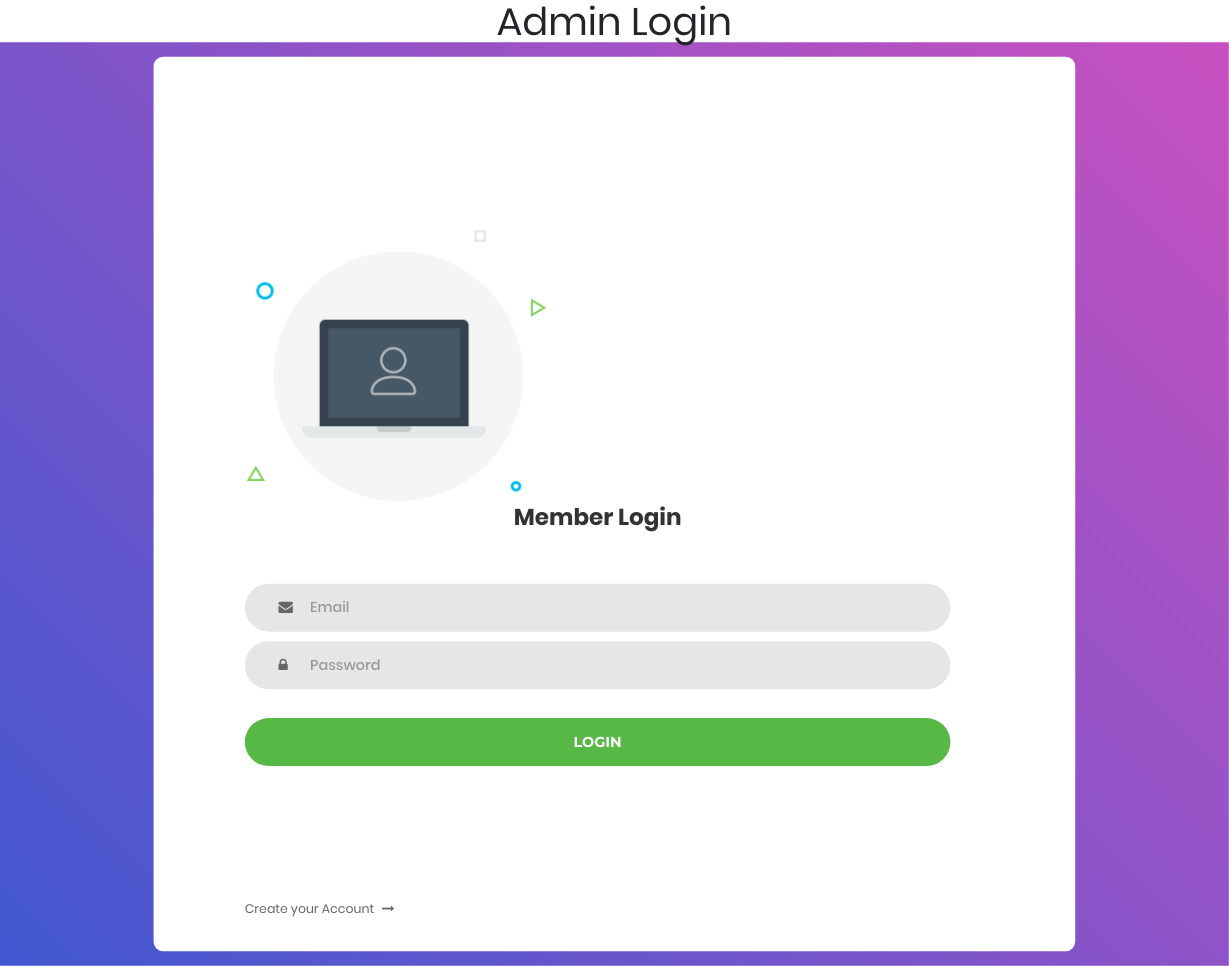
Repository: AkmalNizam/JEE-Exercise-
Page: http://localhost/ZooTaiping/admin_login.jsp
These files come from the project's save history. The page is drawn as it stood at one moment and after the next save; the edit follows.
The browser window is 1280 px wide. The pictures show the whole page, at 96% of full size.
The page is served by Tomcat 10.

Above is the page before, as saved 2022-07-03 03:36:48.

After the next save:
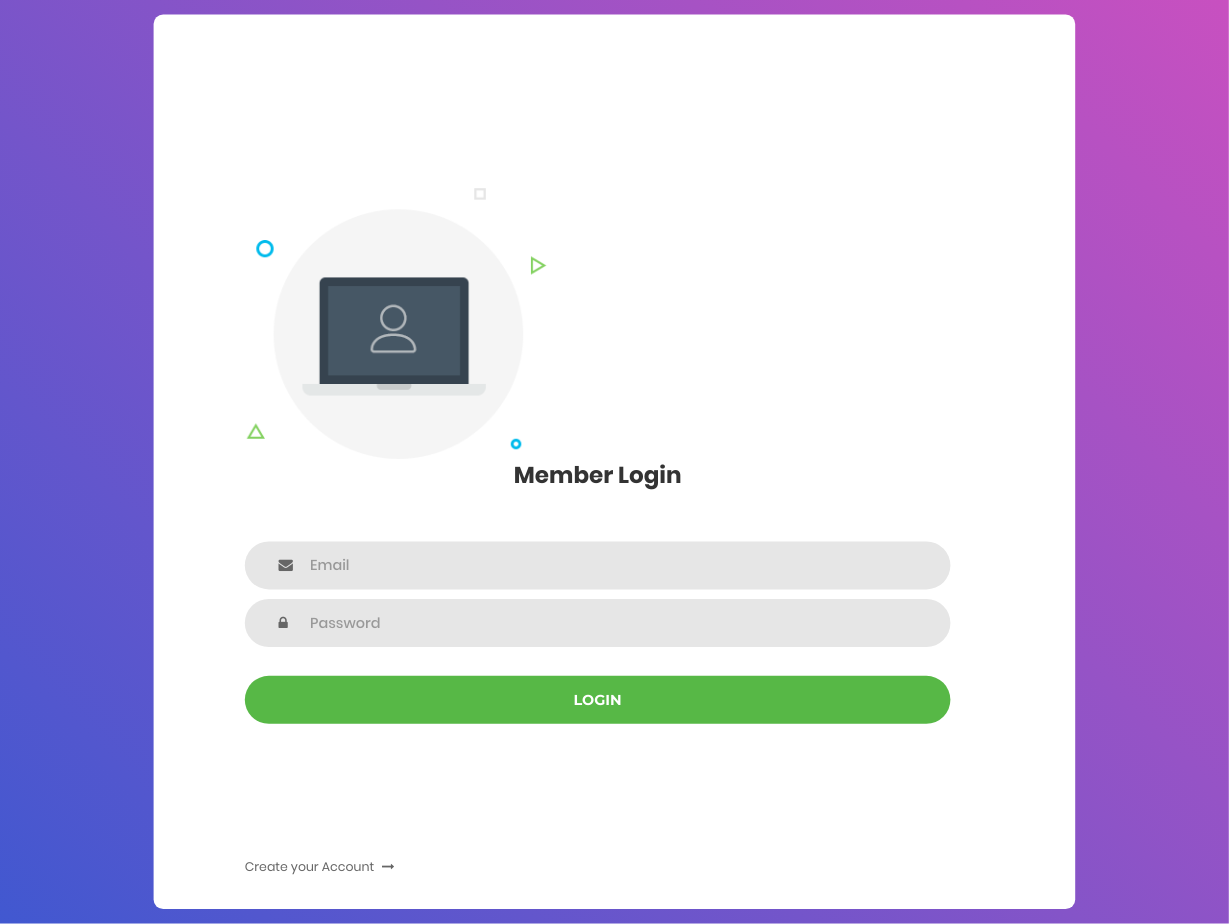
Saved 31 s later.
--- a/ZooTaiping/src/main/webapp/admin_login.jsp
+++ b/ZooTaiping/src/main/webapp/admin_login.jsp
@@ -25,8 +25,6 @@
 <!--===============================================================================================-->
 </head>
 <body>
-<div align=center>
-<h1>Admin Login</h1>
 
 <form action=AdminLoginServlet method=post>
 <div class="limiter">
@@ -75,6 +73,6 @@
 		</div>
 	</div>
 </form>
-</div>
+
 </body>
 </html>
